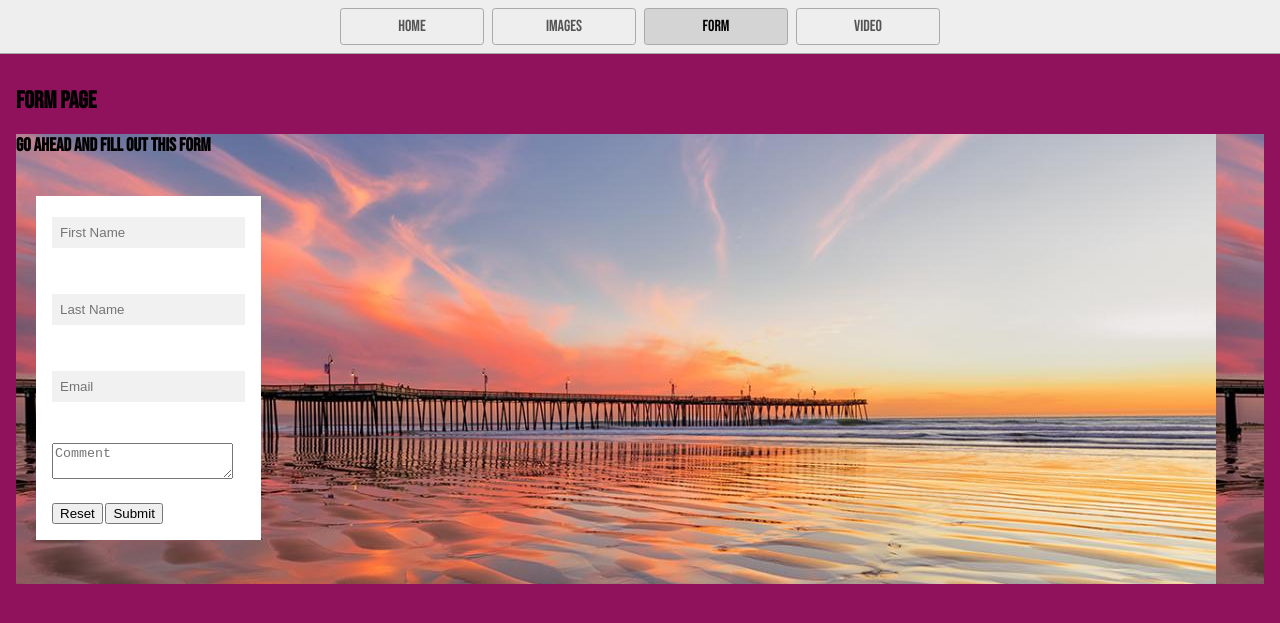
Repository: sebas6292/palmTree-Final
Page: Form.html
An editor plug-in stored every save of this project. The page is shown before and after the next save, followed by the edit.
The browser window is 1280 px wide. The pictures show the whole page.

Above is the page before, as saved 2023-05-28 12:25:41.

### Form.html
<!DOCTYPE html>
<html lang="en">
  <head>
    <title>Home</title>
    <meta charset="UTF-8" />
    <meta name="viewport" content="width=device-width" />

    <link rel="preconnect" href="https://fonts.googleapis.com">
    <link rel="preconnect" href="https://fonts.gstatic.com" crossorigin>
    <link href="https://fonts.googleapis.com/css2?family=Bebas+Neue&display=swap" rel="stylesheet">
    <link rel="stylesheet" href="styles.css" />

  </head>
  <body>
    <nav>
      <a href="/Home.html">Home</a>
      <a href="/Images.html">Images</a>
      <a href="/Form.html" aria-current="page">Form</a>
      <a href="/Video.html">Video</a>
    </nav>
    <main>
      <h1>Form page</h1>
      <div class="bg-img">
      <h3>Go ahead and fill out this form</h3>
      <form action="/Home.html" target="_blank" class="form-container">

        <input type="text" id="fname" name="fname" placeholder="First Name"><br>
        <br>
        <input type="text" id="lname" name="lname" placeholder="Last Name" ><br>
        <br>
        <input type="text" id="email" name="email" placeholder="Email"><br>
        <br>

        <textarea id="comment" placeholder='Comment' name="comment" ></textarea>
        <br>
        <br>
        <input class="btn" type="reset" value="Reset">
        <input class="btn" type="submit" value="Submit">
      </form>
    </div>
    </main>
  </body>
</html>

### styles.css
* {
    box-sizing: border-box;
  }

  body {
    margin: 0;
    font-family: 'Bebas Neue', sans-serif;
    color: black;
    background-color: white;
  }
  @keyframes body {
    0%   {background-color: white;}
    25%  {background-color: brown}
    50%  {background-color: purple;}
    100% {background-color: black;}
  }
  body {
    background-color: white;
    animation-name: body;
    animation-duration: 15s;
  }

  nav {
    display: flex;
    flex-wrap: wrap;
    align-items: center;
    justify-content: center;
    padding: 0.5rem;
    gap: 0.5rem;
    border-bottom: solid 1px #aaa;
    background-color: #eee;
  }

  nav a {
    display: inline-block;
    min-width: 9rem;
    padding: 0.5rem;
    border-radius: 0.2rem;
    border: solid 1px #aaa;
    text-align: center;
    text-decoration: none;
    color: #555;
  }

  nav a[aria-current='page'] {
    color: #000;
    background-color: #d4d4d4;
  }

  main {
    padding: 1rem;
  }

  h1 {
    font-weight: bold;
    font-size: 1.5rem;
  }

  .bg-img {
    background-image: url('/Assets/pier2.jpeg');
    height: 450px;
  }

  .form-container {
    position: absolute;
    margin: 20px;
    max-width: 300px;
    padding: 16px;
    background-color: white;
  }
  input[type=text], input[type=password] {
    width: 100%;
    padding: 8px;
    margin: 5px 0 22px 0;
    border: none;
    background: #f1f1f1;
  }

  .btn:hover {
    background-color: whitesmoke;
    color: red
  }

  img:hover {
    width: 300px;
  }

After the next save:
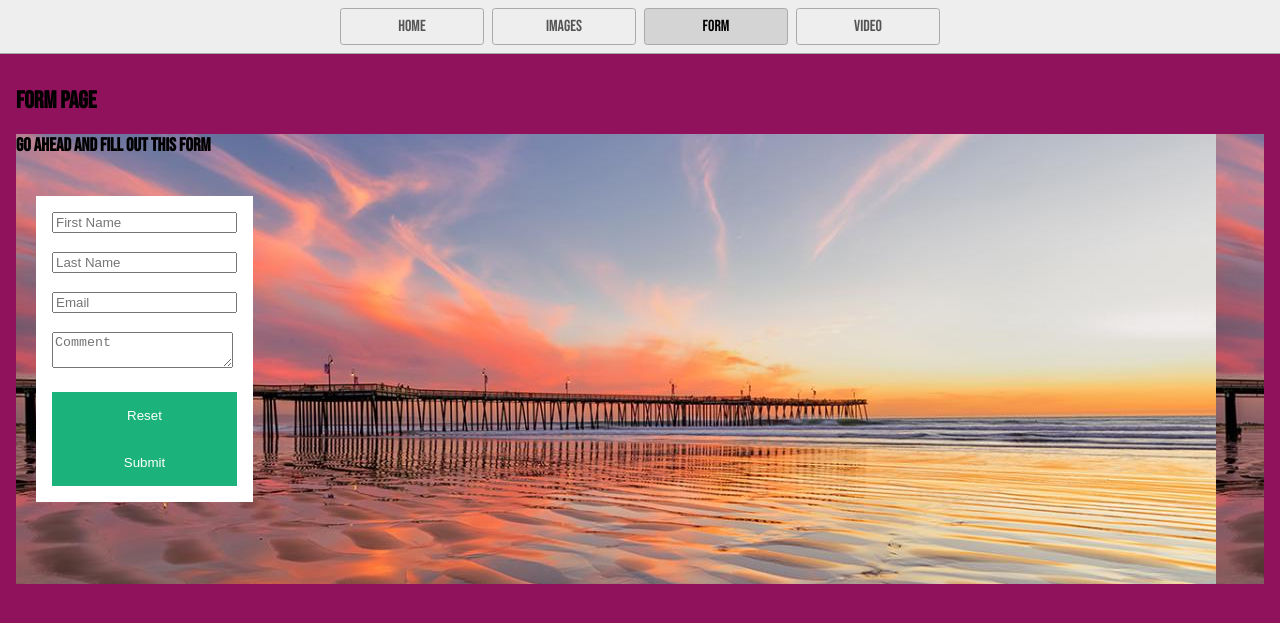
Saved 5 min 24 s later.
--- a/styles.css
+++ b/styles.css
@@ -68,15 +68,27 @@
     padding: 16px;
     background-color: white;
   }
-  input[type=text], input[type=password] {
+  input[type=text], input[type=password], input[type=] {
     width: 100%;
     padding: 8px;
     margin: 5px 0 22px 0;
     border: none;
     background: #f1f1f1;
   }
+  .btn {
+    background-color: #04AA6D;
+    color: white;
+    padding: 16px 20px;
+    border: none;
+    cursor: pointer;
+    width: 100%;
+    opacity: 0.9;
+  }
 
   .btn:hover {
+    opacity: 1;
+  }
+  /* .btn:hover {
     background-color: whitesmoke;
     color: red
   }
@@ -84,3 +96,4 @@
   img:hover {
     width: 300px;
   }
+   */
